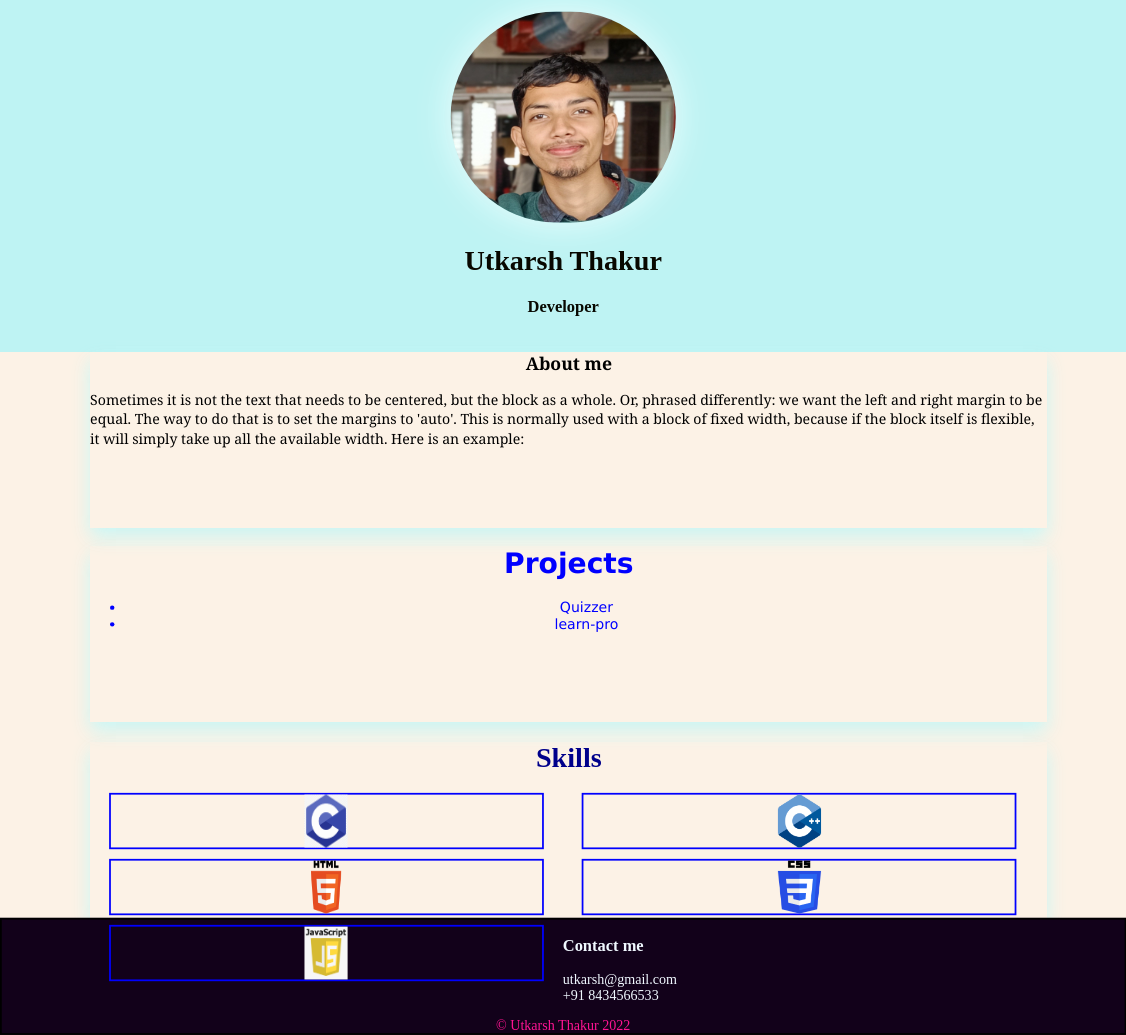
Repository: UtkarshThakur321/Utkarsh-Thakur-Profile
Page: index.html
These files come from the project's save history. The page is drawn as it stood at one moment and after the next save; the edit follows.
The browser window is 1280 px wide. The pictures show the whole page, at 88% of full size.

Above is the page before, as saved 2022-01-23 00:09:22.
Not found: main.js

After the next save:
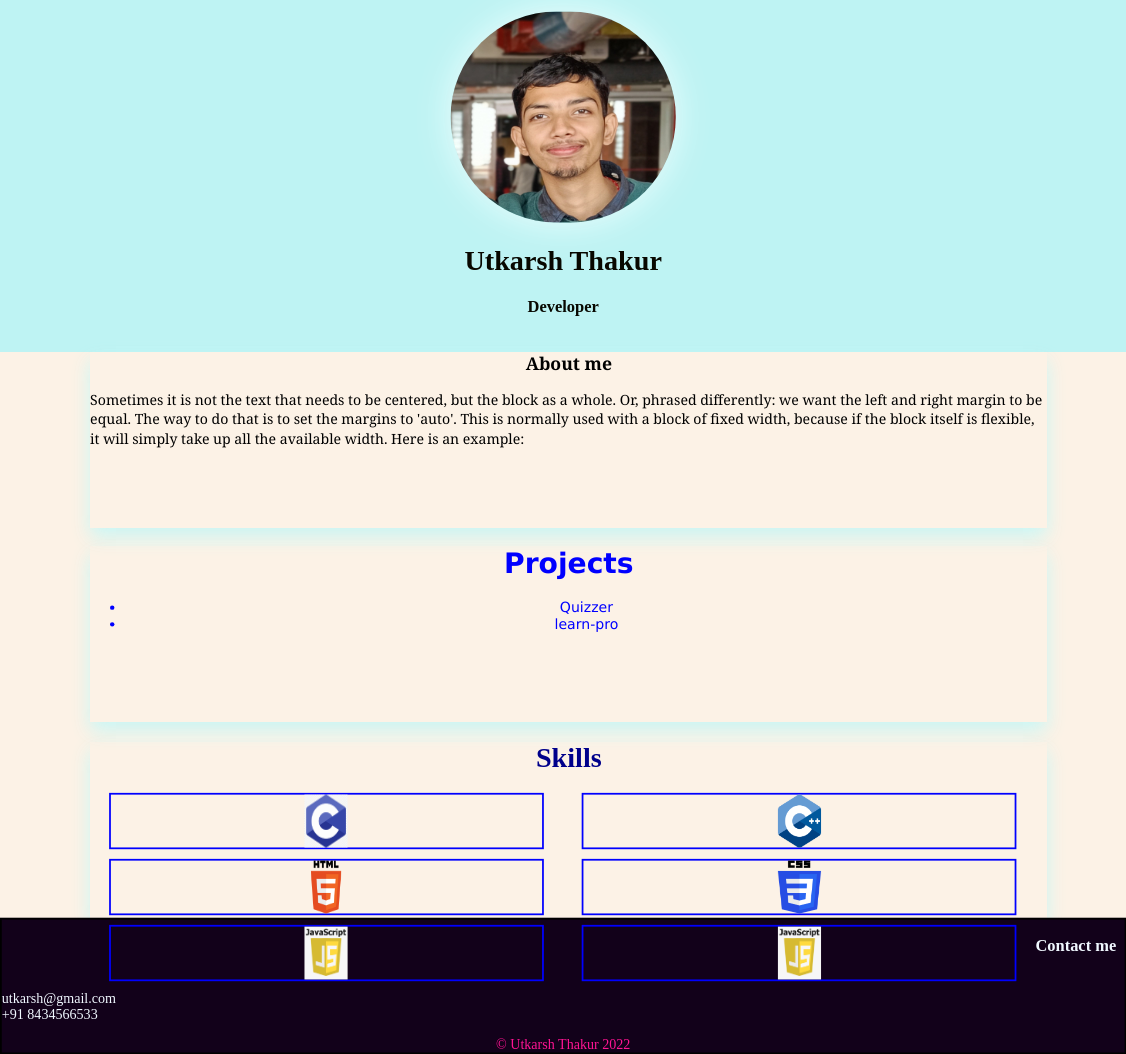
Saved 10 s later.
--- a/index.html
+++ b/index.html
@@ -73,6 +73,9 @@
         <div class="skillsContent">
             <img src="./js.png" alt="js">
         </div>
+        <div class="skillsContent">
+            <img src="./js.png" alt="js">
+        </div>
 
     </div>
 
